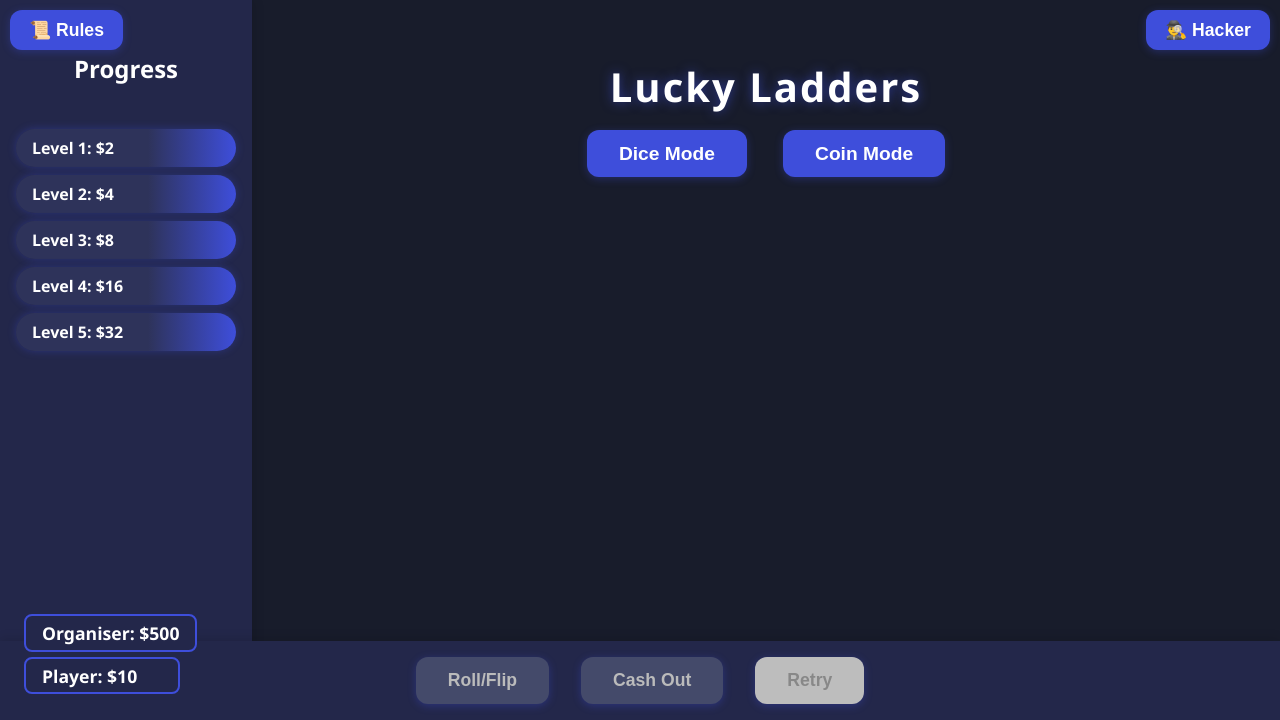
Repository: DrFez/luckyladders
Page: index.html
The author's editor kept a copy of each file at every save. The page is drawn from the files as they stood at one save, then again after the next save.
The browser window is 1280 px wide. The pictures show the whole page.

Above is the page before, as saved 2025-07-23 21:44:18.

### index.html
<!DOCTYPE html>
<html lang="en">
<head>
    <meta charset="UTF-8">
    <meta name="viewport" content="width=device-width, initial-scale=1.0">
    <title>Lucky Ladders</title>
    <link rel="stylesheet" href="style/main.css">
    <link rel="icon" type="image/png" href="assets/images/2laddericon.png">
</head>
<body>
    <div id="app">
        <aside id="side-panel">
            <h2>Progress</h2>
            <ul id="ladder-progress">
                <!-- Levels will be rendered here -->
            </ul>
            <div id="teacher-mode-toggle">
                <label><input type="checkbox" id="teacherMode"> Teacher Mode</label>
            </div>
        </aside>
        <main id="main-panel">
            <h1>Lucky Ladders</h1>
            <div id="mode-select">
                <button id="diceMode">Dice Mode</button>
                <button id="coinMode">Coin Mode</button>
            </div>
            <div id="game-area" class="hidden">
                <div id="animation"></div>
                <div id="outcome-text"></div>
                <div id="prize-popup" class="hidden"></div>
                <div id="confetti" class="hidden"></div>
            </div>
            <div id="results" class="hidden"></div>
        </main>
        <footer id="bottom-panel">
            <div id="bank-accounts">
                <span id="organiser-bank">Organiser: $500</span>
                <span id="player-bank">Player: $10</span>
            </div>
            <button id="rollBtn" class="action-btn">Roll/Flip</button>
            <button id="cashOutBtn" class="action-btn">Cash Out</button>
            <button id="retryBtn" class="action-btn">Retry</button>
        </footer>
    </div>
    <button id="hackerBtn" style="position:fixed;top:10px;right:10px;z-index:2000;">🕵️‍♂️ Hacker</button>
    <div id="hackerMenu" class="hidden">
        <div style="background:#23274a;padding:2rem 1.5rem;border-radius:16px;box-shadow:0 0 24px #3e4edb99;position:fixed;top:50px;right:30px;z-index:2001;min-width:320px;max-width:95vw;">
            <h2 style="color:#ffeb3b;">Hacker Menu</h2>
            <div style="margin-bottom:1rem;">
                <label><input type="radio" name="diceWeight" id="normalDice" checked> Normal Dice</label><br>
                <label><input type="radio" name="diceWeight" id="alwaysSix"> Always a 6 / Heads</label><br>
                <label><input type="radio" name="diceWeight" id="alwaysOne"> Always a 1 / Tails</label>
            </div>
            <div style="margin-bottom:1rem;">
                <label>Prize L1: $<input type="number" id="prize1" min="0" style="width:60px;"></label><br>
                <label>Prize L2: $<input type="number" id="prize2" min="0" style="width:60px;"></label><br>
                <label>Prize L3: $<input type="number" id="prize3" min="0" style="width:60px;"></label><br>
                <label>Prize L4: $<input type="number" id="prize4" min="0" style="width:60px;"></label><br>
                <label>Prize L5: $<input type="number" id="prize5" min="0" style="width:60px;"></label>
            </div>
            <div style="margin-bottom:1rem;">
                <label>Entry Fee: $<input type="number" id="entryFee" min="0" style="width:60px;"></label><br>
                <label>Retry Fee: $<input type="number" id="retryFee" min="0" style="width:60px;"></label><br>
                <label>Attempts: <input type="number" id="attempts" min="1" max="99" style="width:60px;"></label>
            </div>
            <button id="applyHacks" style="background:#4caf50;color:#23274a;padding:0.5rem 1.5rem;border:none;border-radius:8px;font-weight:bold;">Apply</button>
            <button id="resetHacks" style="background:#ff9800;color:#23274a;padding:0.5rem 1.5rem;border:none;border-radius:8px;font-weight:bold;">Reset</button>
            <button id="closeHacker" style="background:#3e4edb;color:#fff;padding:0.5rem 1.5rem;border:none;border-radius:8px;font-weight:bold;float:right;">Close</button>
        </div>
    </div>
    <button id="rulesBtn" style="position:fixed;top:10px;left:10px;z-index:2000;">📜 Rules</button>
    <div id="rulesModal" class="hidden">
        <div style="background:#23274a;padding:2rem 1.5rem;border-radius:16px;box-shadow:0 0 24px #3e4edb99;position:fixed;top:50px;left:50%;transform:translateX(-50%);z-index:2001;min-width:320px;max-width:95vw;max-height:80vh;overflow-y:auto;">
            <h2 style="color:#ffeb3b;">How to Play Lucky Ladders</h2>
            <ul style="margin-bottom:1rem;line-height:1.6;">
                <li>Choose <b>Dice Mode</b> or <b>Coin Mode</b> to start.</li>
                <li>Pay the entry fee to play.</li>
                <li>Each level, roll the dice (or flip the coin) to try to pass:</li>
                <ul>
                    <li><b>Dice Mode:</b> Roll a number high enough to pass each level. Prizes increase as you climb.</li>
                    <li><b>Coin Mode:</b> Flip heads to move up. Prizes double each level.</li>
                </ul>
                <li>After each success, you can <b>Cash Out</b> to take your prize, or <b>Risk</b> for the next level.</li>
                <li>If you fail, you lose your winnings unless you use a <b>Retry</b> (costs extra, drops you down one level).</li>
                <li>Reach the top for the <b>Jackpot</b>!</li>
                <li>See the <b>bank accounts</b> at the bottom left for your balance and the organiser's.</li>
            </ul>
            <button id="closeRules" style="background:#3e4edb;color:#fff;padding:0.5rem 1.5rem;border:none;border-radius:8px;font-weight:bold;">Close</button>
        </div>
    </div>
    <!-- Only load the main controller as a module -->
    <script type="module" src="scripts/values.js"></script>
    <script type="module" src="scripts/uiController.js"></script>
</body>
</html>

### style/main.css
/* main.css - Lucky Ladders */

body {
    margin: 0;
    font-family: 'Segoe UI', Arial, sans-serif;
    background: #181c2b;
    color: #fff;
    min-height: 100vh;
    display: flex;
    flex-direction: column;
}

#app {
    display: flex;
    flex: 1 1 auto;
    min-height: 100vh;
}

aside#side-panel {
    width: 220px;
    background: #23274a;
    padding: 2rem 1rem 1rem 1rem;
    box-shadow: 2px 0 10px #0002;
    display: flex;
    flex-direction: column;
    align-items: center;
}

#ladder-progress {
    list-style: none;
    padding: 0;
    margin: 1rem 0 2rem 0;
    width: 100%;
}
#ladder-progress li {
    margin: 0.5rem 0;
    padding: 0.5rem 1rem;
    border-radius: 20px;
    background: linear-gradient(90deg, #2e335a 60%, #3e4edb 100%);
    box-shadow: 0 0 8px #3e4edb55;
    font-weight: bold;
    transition: background 0.3s, box-shadow 0.3s;
    position: relative;
}
#ladder-progress li.active {
    background: linear-gradient(90deg, #ffeb3b 60%, #ff9800 100%);
    color: #23274a;
    box-shadow: 0 0 16px #ffeb3b99;
}
#ladder-progress li.complete {
    background: linear-gradient(90deg, #4caf50 60%, #00e676 100%);
    color: #23274a;
    box-shadow: 0 0 12px #00e67699;
}

#teacher-mode-toggle {
    margin-top: auto;
    font-size: 1rem;
    color: #b0b0b0;
}

main#main-panel {
    flex: 1 1 auto;
    display: flex;
    flex-direction: column;
    align-items: center;
    justify-content: flex-start;
    padding: 2rem 1rem 1rem 1rem;
    min-width: 0;
}

#main-panel h1 {
    font-size: 2.5rem;
    margin-bottom: 1rem;
    letter-spacing: 2px;
    text-shadow: 0 0 12px #3e4edb99;
}

#mode-select {
    margin-bottom: 2rem;
}
#mode-select button {
    background: #3e4edb;
    color: #fff;
    border: none;
    border-radius: 12px;
    padding: 0.8rem 2rem;
    margin: 0 1rem;
    font-size: 1.2rem;
    font-weight: bold;
    cursor: pointer;
    box-shadow: 0 2px 8px #3e4edb55;
    transition: background 0.2s, box-shadow 0.2s;
}
#mode-select button:hover {
    background: #5c6cff;
    box-shadow: 0 4px 16px #3e4edb99;
}

#game-area {
    min-height: 320px;
    width: 100%;
    max-width: 420px;
    display: flex;
    flex-direction: column;
    align-items: center;
    justify-content: center;
    margin-bottom: 2rem;
}
#game-area.hidden {
    display: none;
}

#animation {
    min-height: 100px;
    margin-bottom: 1rem;
}
#outcome-text {
    font-size: 1.3rem;
    margin-bottom: 1rem;
    min-height: 2.5rem;
    text-align: center;
}
#prize-popup {
    background: #ffeb3b;
    color: #23274a;
    border-radius: 16px;
    padding: 1rem 2rem;
    font-size: 1.5rem;
    font-weight: bold;
    box-shadow: 0 0 24px #ffeb3b99;
    margin-bottom: 1rem;
    animation: pop 0.5s;
}
#prize-popup.hidden {
    display: none;
}
@keyframes pop {
    0% { transform: scale(0.7); opacity: 0; }
    80% { transform: scale(1.1); opacity: 1; }
    100% { transform: scale(1); }
}
#confetti {
    position: absolute;
    top: 0; left: 0; right: 0; bottom: 0;
    pointer-events: none;
    z-index: 10;
}
#confetti.hidden {
    display: none;
}

#results {
    background: #23274a;
    border-radius: 16px;
    padding: 1.5rem 2rem;
    font-size: 1.2rem;
    margin-top: 2rem;
    box-shadow: 0 0 16px #3e4edb55;
    /* Center as modal overlay */
    position: fixed;
    top: 50%;
    left: 50%;
    transform: translate(-50%, -50%);
    z-index: 1000;
    min-width: 280px;
    max-width: 90vw;
    text-align: center;
    display: none;
}
#results:not(.hidden) {
    display: block;
}
#results .close-btn {
    margin-top: 1.5rem;
    background: #3e4edb;
    color: #fff;
    border: none;
    border-radius: 8px;
    padding: 0.5rem 1.5rem;
    font-size: 1rem;
    cursor: pointer;
}
#results .close-btn:hover {
    background: #5c6cff;
}

footer#bottom-panel {
    position: fixed;
    left: 0; right: 0; bottom: 0;
    background: #23274a;
    display: flex;
    justify-content: center;
    align-items: center;
    padding: 1rem 0.5rem;
    box-shadow: 0 -2px 10px #0002;
    z-index: 100;
}
.action-btn {
    background: #3e4edb;
    color: #fff;
    border: none;
    border-radius: 12px;
    padding: 0.8rem 2rem;
    margin: 0 1rem;
    font-size: 1.1rem;
    font-weight: bold;
    cursor: pointer;
    box-shadow: 0 2px 8px #3e4edb55;
    transition: background 0.2s, box-shadow 0.2s;
}
.action-btn:disabled {
    background: #444a6a;
    color: #bbb;
    cursor: not-allowed;
}
.action-btn:hover:not(:disabled) {
    background: #5c6cff;
    box-shadow: 0 4px 16px #3e4edb99;
}

#retryBtn {
    background: #ff9800;
    color: #23274a;
}
#retryBtn:disabled {
    background: #bdbdbd;
    color: #888;
}

#hackerMenu {
    display: none;
}
#hackerMenu:not(.hidden) {
    display: block;
}
#hackerBtn {
    background: #3e4edb;
    color: #fff;
    border: none;
    border-radius: 12px;
    padding: 0.6rem 1.2rem;
    font-size: 1.1rem;
    font-weight: bold;
    cursor: pointer;
    box-shadow: 0 2px 8px #3e4edb55;
    transition: background 0.2s, box-shadow 0.2s;
}
#hackerBtn:hover {
    background: #5c6cff;
    box-shadow: 0 4px 16px #3e4edb99;
}

#rulesModal {
    display: none;
}
#rulesModal:not(.hidden) {
    display: block;
}
#rulesBtn {
    background: #3e4edb;
    color: #fff;
    border: none;
    border-radius: 12px;
    padding: 0.6rem 1.2rem;
    font-size: 1.1rem;
    font-weight: bold;
    cursor: pointer;
    box-shadow: 0 2px 8px #3e4edb55;
    transition: background 0.2s, box-shadow 0.2s;
}
#rulesBtn:hover {
    background: #5c6cff;
    box-shadow: 0 4px 16px #3e4edb99;
}

#bank-accounts {
    display: flex;
    flex-direction: column;
    align-items: flex-start;
    position: absolute;
    left: 1.5rem;
    bottom: 1.5rem;
    z-index: 110;
    font-size: 1.1rem;
    gap: 0.2rem;
}
#organiser-bank, #player-bank {
    background: #23274a;
    padding: 0.3rem 1rem;
    border-radius: 8px;
    margin-bottom: 0.1rem;
    min-width: 120px;
    text-align: left;
    font-weight: bold;
    color: #fff;
    border: 2px solid #3e4edb;
    transition: color 0.2s, border 0.2s;
}
#player-bank.overdraft {
    color: #ff1744;
    border-color: #ff1744;
}
@media (max-width: 900px) {
    #app {
        flex-direction: column;
    }
    aside#side-panel {
        width: 100%;
        flex-direction: row;
        justify-content: space-between;
        align-items: flex-start;
        padding: 1rem 0.5rem;
        box-shadow: none;
    }
    #ladder-progress {
        display: flex;
        flex-direction: row;
        width: auto;
    }
    #ladder-progress li {
        margin: 0 0.5rem;
        padding: 0.5rem 1rem;
    }
}
@media (max-width: 600px) {
    main#main-panel {
        padding: 1rem 0.2rem;
    }
    #main-panel h1 {
        font-size: 1.5rem;
    }
    #game-area {
        max-width: 100vw;
        min-height: 180px;
    }
    #prize-popup {
        font-size: 1.1rem;
        padding: 0.7rem 1rem;
    }
    #results {
        font-size: 1rem;
        padding: 1rem 0.5rem;
    }
    footer#bottom-panel {
        flex-direction: column;
        padding: 0.5rem 0.2rem;
    }
    .action-btn {
        margin: 0.3rem 0;
        width: 90vw;
        max-width: 320px;
    }
    #bank-accounts {
        left: 0.5rem;
        bottom: 4.5rem;
        font-size: 1rem;
    }
    #organiser-bank, #player-bank {
        min-width: 90px;
        padding: 0.2rem 0.5rem;
    }
}

### scripts/values.js
// values.js
// Central store for all editable game values

const values = {
    prizes: {
        dice: [1, 3, 6, 12, 30],
        coin: [2, 4, 8, 16, 32]
    },
    entryFee: 5,
    retryFee: 2,
    attempts: 1,
    reset() {
        this.prizes.dice = [1, 3, 6, 12, 30];
        this.prizes.coin = [2, 4, 8, 16, 32];
        this.entryFee = 5;
        this.retryFee = 2;
        this.attempts = 1;
    }
};

export default values;

### scripts/gameEngine.js
// gameEngine.js
// Handles game logic and flow

import playerState from './playerState.js';
import { diceProbabilities, coinProbabilities } from './probabilityModel.js';
import analytics from './analytics.js';
import values from './values.js';

const gameEngine = {
    mode: null,
    isActive: false,
    get prizes() {
        return values.prizes;
    },
    set prizes(val) {
        values.prizes = val;
    },
    start(mode) {
        this.mode = mode;
        playerState.reset();
        playerState.mode = mode;
        this.isActive = true;
    },
    roll() {
        if (this.mode === 'dice') {
            return Math.ceil(Math.random() * 6);
        } else {
            return Math.random() < 0.5 ? 'heads' : 'tails';
        }
    },
    checkPass(result, level) {
        if (this.mode === 'dice') {
            const pass = [2, 3, 4, 5, 6][level - 1];
            return result >= pass;
        } else {
            return result === 'heads';
        }
    },
    getPrize(level) {
        return values.prizes[this.mode][level - 1];
    },
    canRetry() {
        return !playerState.retryUsed && playerState.currentLevel > 1;
    },
    useRetry() {
        playerState.useRetry();
    },
    cashOut() {
        // Player should get the prize for the last level they PASSED, not the current level (which is the next to attempt)
        const lastPassedLevel = Math.max(1, playerState.currentLevel - 1);
        const prize = this.getPrize(lastPassedLevel);
        playerState.cashOut(prize);
        this.isActive = false;
        return lastPassedLevel === 5 ? 'jackpot' : 'cashed';
    },
    fail() {
        playerState.fail();
        this.isActive = false;
    },
    nextLevel() {
        playerState.currentLevel++;
        if (playerState.currentLevel > 5) {
            // Jackpot!
            const prize = this.getPrize(5);
            playerState.cashOut(prize);
            this.isActive = false;
            return 'jackpot';
        }
        return 'continue';
    }
};

export default gameEngine;

### scripts/playerState.js
// playerState.js
// Tracks player state for Lucky Ladders

import values from './values.js';

const playerState = {
    currentLevel: 1,
    retryUsed: false,
    totalWinnings: 0,
    netProfit: 0,
    mode: null, // 'dice' or 'coin'
    lastGameProfit: 0, // Track organiser profit for just the current game
    get entryFee() { return values.entryFee; },
    set entryFee(val) { values.entryFee = val; },
    get retryFee() { return values.retryFee; },
    set retryFee(val) { values.retryFee = val; },
    reset() {
        this.currentLevel = 1;
        this.retryUsed = false;
        this.totalWinnings = 0;
        this.mode = null;
        this.lastGameProfit = 0; // Track profit for last game only
    },
    useRetry() {
        this.retryUsed = true;
        this.currentLevel = Math.max(1, this.currentLevel - 1);
    },
    cashOut(prize) {
        this.totalWinnings = prize;
        // Net profit to organiser for this game only
        this.lastGameProfit = this.entryFee + (this.retryUsed ? this.retryFee : 0) - prize;
        this.netProfit += this.lastGameProfit;
    },
    fail() {
        this.totalWinnings = 0;
        this.lastGameProfit = this.entryFee + (this.retryUsed ? this.retryFee : 0);
        this.netProfit += this.lastGameProfit;
    }
};

export default playerState;

### scripts/probabilityModel.js
// probabilityModel.js
// Handles probability and expected value calculations

const diceProbabilities = [
    { level: 1, pass: 5/6, prize: 1 },
    { level: 2, pass: 4/6, prize: 3 },
    { level: 3, pass: 3/6, prize: 6 },
    { level: 4, pass: 2/6, prize: 12 },
    { level: 5, pass: 1/6, prize: 30 }
];

const coinProbabilities = [
    { level: 1, pass: 0.5, prize: 2 },
    { level: 2, pass: 0.5, prize: 4 },
    { level: 3, pass: 0.5, prize: 8 },
    { level: 4, pass: 0.5, prize: 16 },
    { level: 5, pass: 0.5, prize: 32 }
];

function expectedValue(mode) {
    let ev = 0;
    let prob = 1;
    const arr = mode === 'dice' ? diceProbabilities : coinProbabilities;
    for (let i = 0; i < arr.length; i++) {
        prob *= arr[i].pass;
        ev += prob * arr[i].prize;
    }
    return ev;
}

export { diceProbabilities, coinProbabilities, expectedValue };

### scripts/analytics.js
// analytics.js
// Tracks and aggregates session stats

const analytics = {
    totalPlays: 0,
    organiserProfit: 0,
    playerTypes: { greedy: 0, moderate: 0, cautious: 0 },
    sessionResults: [],
    addPlay(type, profit) {
        this.totalPlays++;
        this.playerTypes[type]++;
        this.organiserProfit += profit;
        this.sessionResults.push({ type, profit });
    },
    reset() {
        this.totalPlays = 0;
        this.organiserProfit = 0;
        this.playerTypes = { greedy: 0, moderate: 0, cautious: 0 };
        this.sessionResults = [];
    }
};

export default analytics;

Loaded but not shown: scripts/uiController.js (319 lines, source omitted)

After the next save:
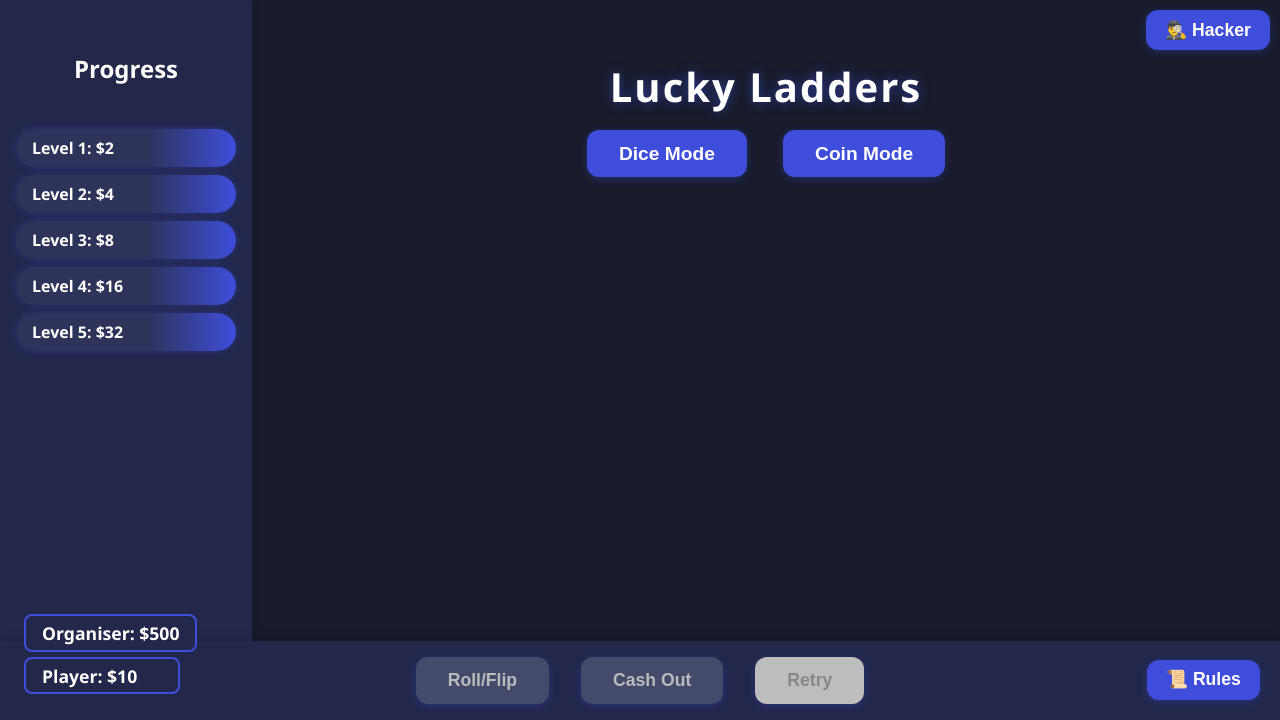
Saved 13 s later.
--- a/index.html
+++ b/index.html
@@ -68,7 +68,7 @@
             <button id="closeHacker" style="background:#3e4edb;color:#fff;padding:0.5rem 1.5rem;border:none;border-radius:8px;font-weight:bold;float:right;">Close</button>
         </div>
     </div>
-    <button id="rulesBtn" style="position:fixed;top:10px;left:10px;z-index:2000;">📜 Rules</button>
+    <button id="rulesBtn" style="position:fixed;bottom:20px;right:20px;z-index:2000;">📜 Rules</button>
     <div id="rulesModal" class="hidden">
         <div style="background:#23274a;padding:2rem 1.5rem;border-radius:16px;box-shadow:0 0 24px #3e4edb99;position:fixed;top:50px;left:50%;transform:translateX(-50%);z-index:2001;min-width:320px;max-width:95vw;max-height:80vh;overflow-y:auto;">
             <h2 style="color:#ffeb3b;">How to Play Lucky Ladders</h2>
